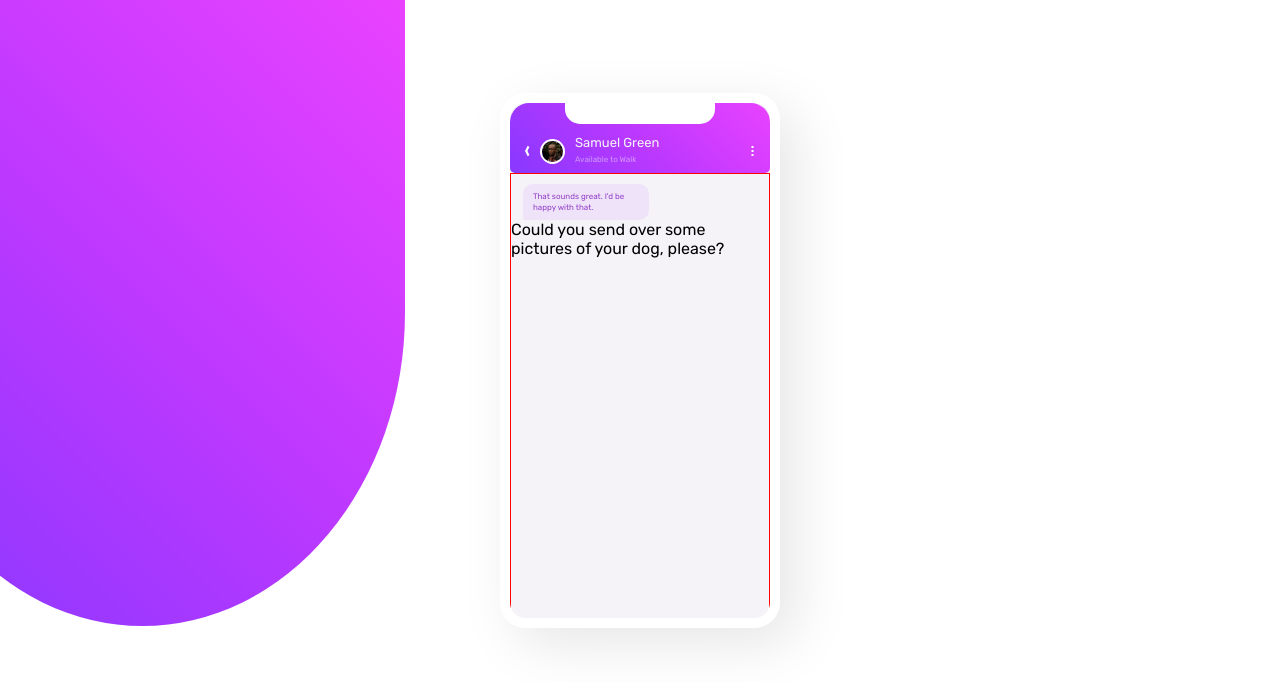
Repository: KamoliddinGIT/chat-app-css-illustration
Page: index.html
An editor plug-in stored every save of this project. The page is shown before and after the next save, followed by the edit.
The browser window is 1280 px wide. The pictures show the whole page.

Above is the page before, as saved 2023-09-25 18:14:12.

After the next save:
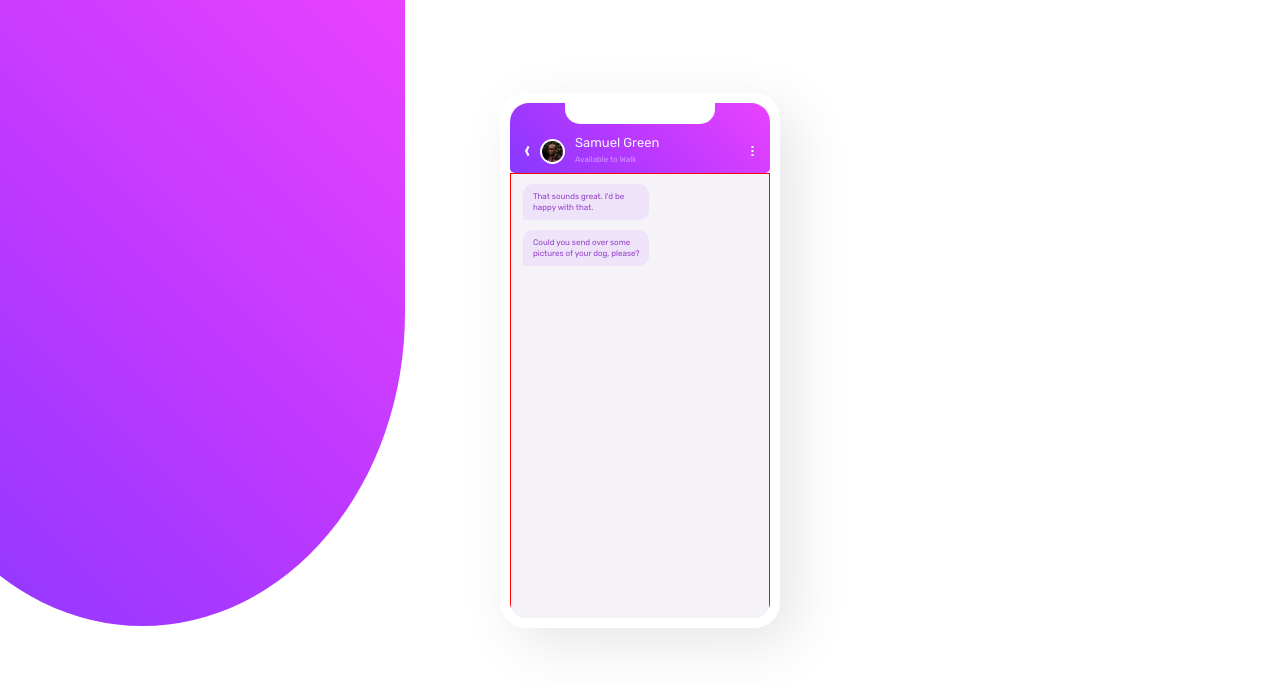
Saved 9 s later.
--- a/index.html
+++ b/index.html
@@ -43,7 +43,9 @@
           <div class="receive-message">
             That sounds great. I'd be happy with that.
           </div>
-          <div>Could you send over some pictures of your dog, please?</div>
+          <div class="receive-message">
+            Could you send over some pictures of your dog, please?
+          </div>
         </div>
       </div>
     </div>
